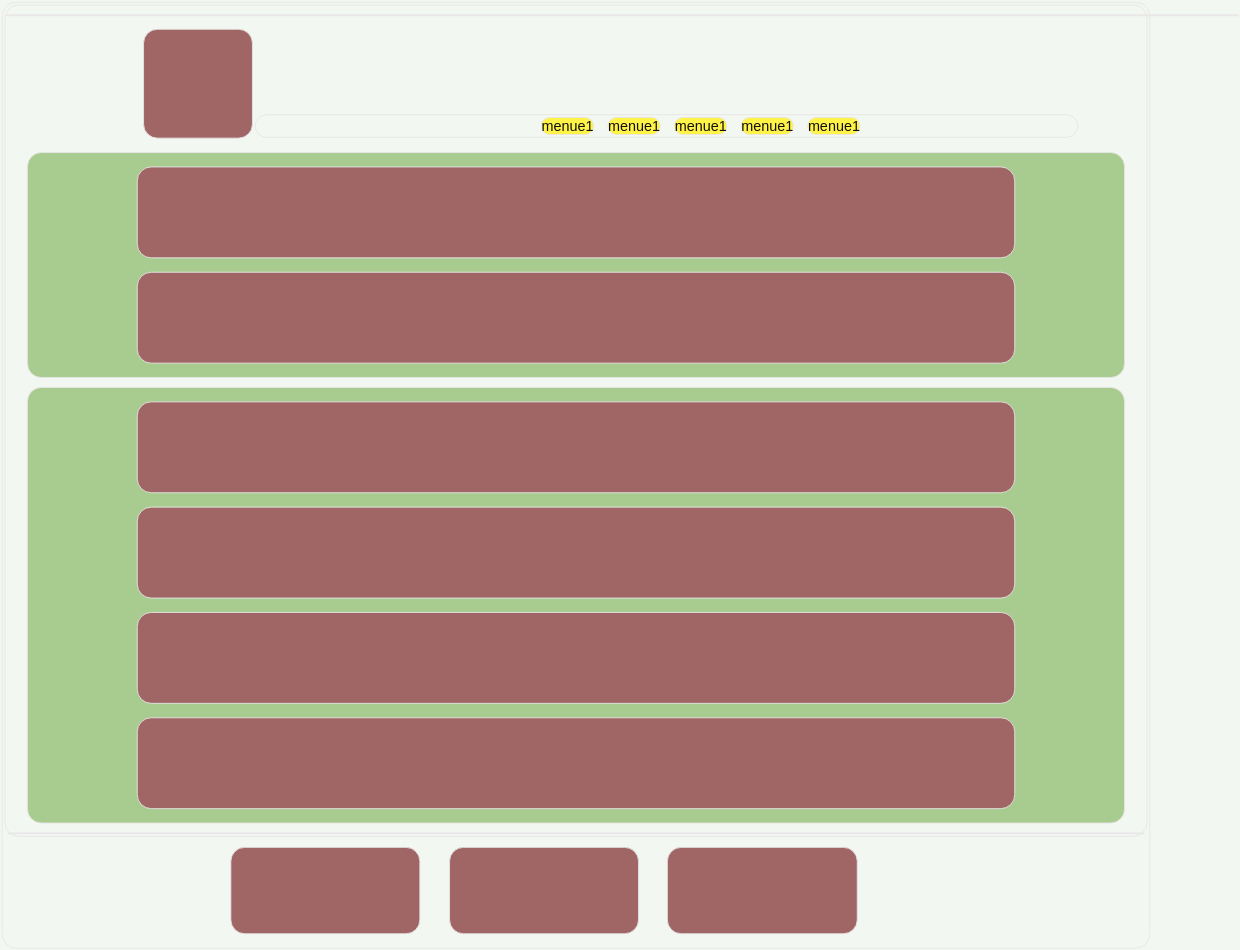
Repository: clairedupuich/cv-claireDUPUICH
Page: cv.html
These files come from the project's save history. The page is drawn as it stood at one moment and after the next save; the edit follows.
The browser window is 1280 px wide. The page is 1377 px wide, then 1378 px, then 1377 px, so the pictures cover 1378 px, including what lies to the right of the window. The pictures show the whole page, at 90% of full size.

Above is the page before, as saved 2020-10-08 17:21:22.

After the next save:
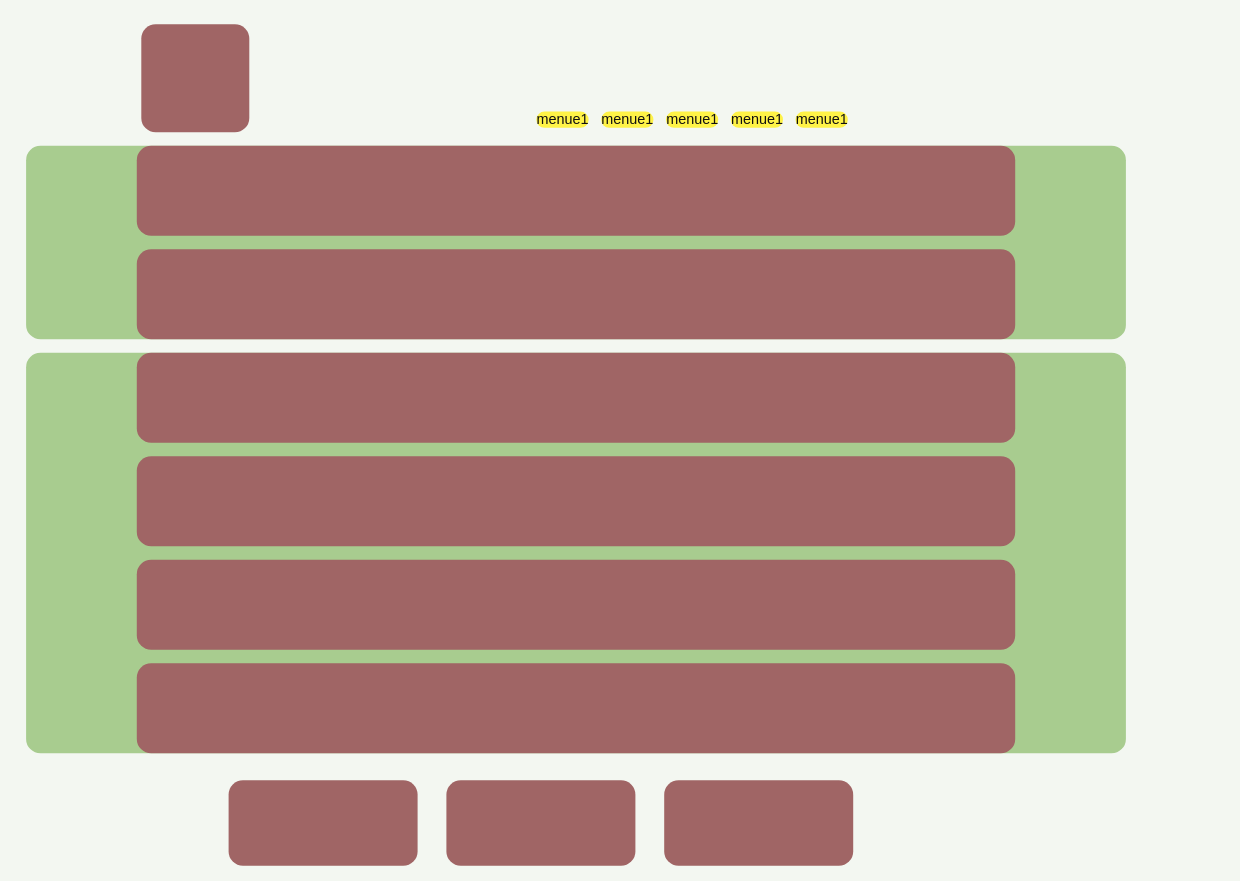
Saved 11 min 53 s later.
--- a/cv.css
+++ b/cv.css
@@ -1,6 +1,6 @@
 * {
     font-family: Avenir, sans-serif;
-    border: 1px solid rgb(230, 230, 230);
+    /* border: 1px solid rgb(230, 230, 230);  */
     border-radius: 16px;
     margin: 2px;
 

After the save that followed:
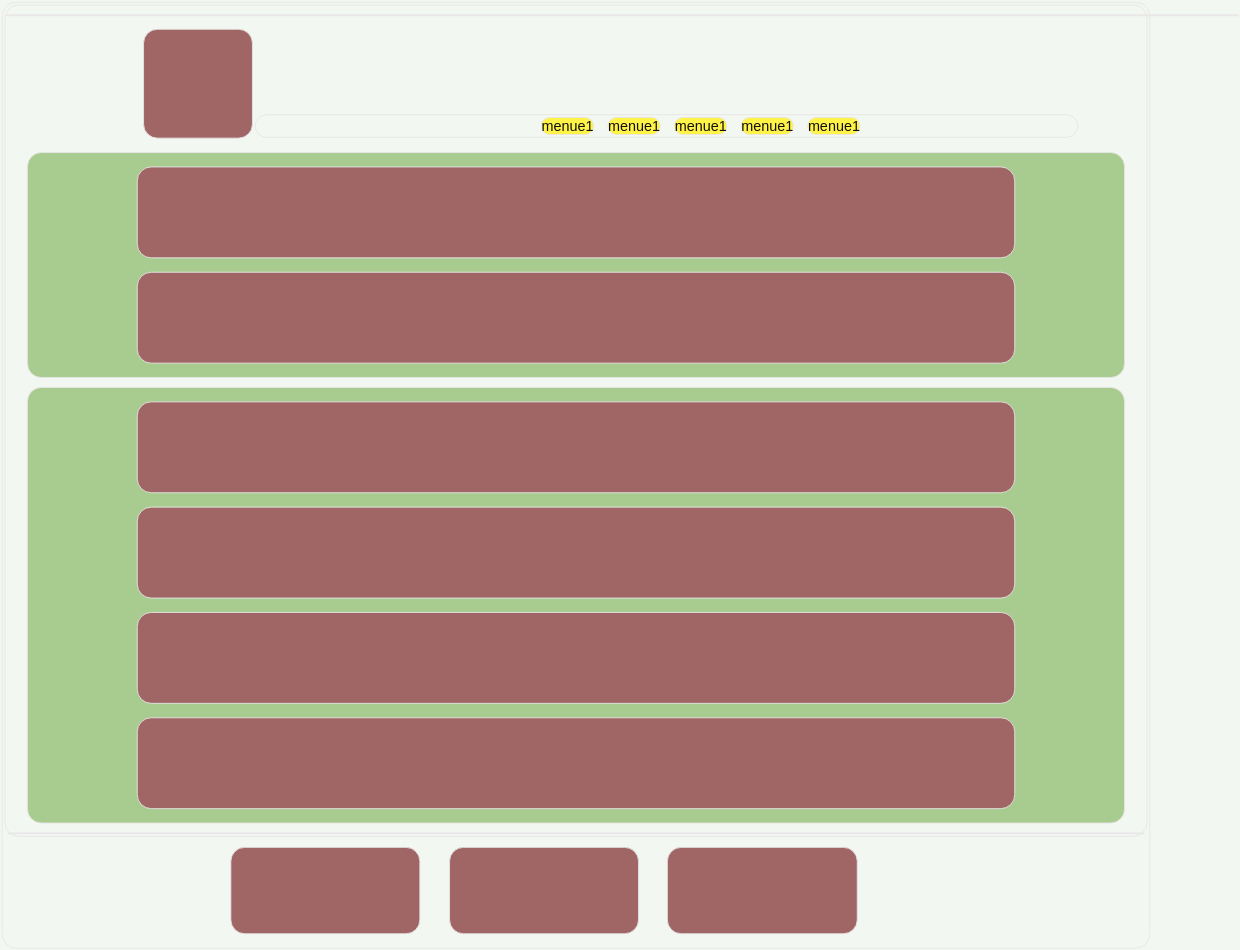
Saved 16 s later.
--- a/cv.css
+++ b/cv.css
@@ -1,6 +1,6 @@
 * {
     font-family: Avenir, sans-serif;
-    /* border: 1px solid rgb(230, 230, 230);  */
+    border: 1px solid rgb(230, 230, 230);
     border-radius: 16px;
     margin: 2px;
 
